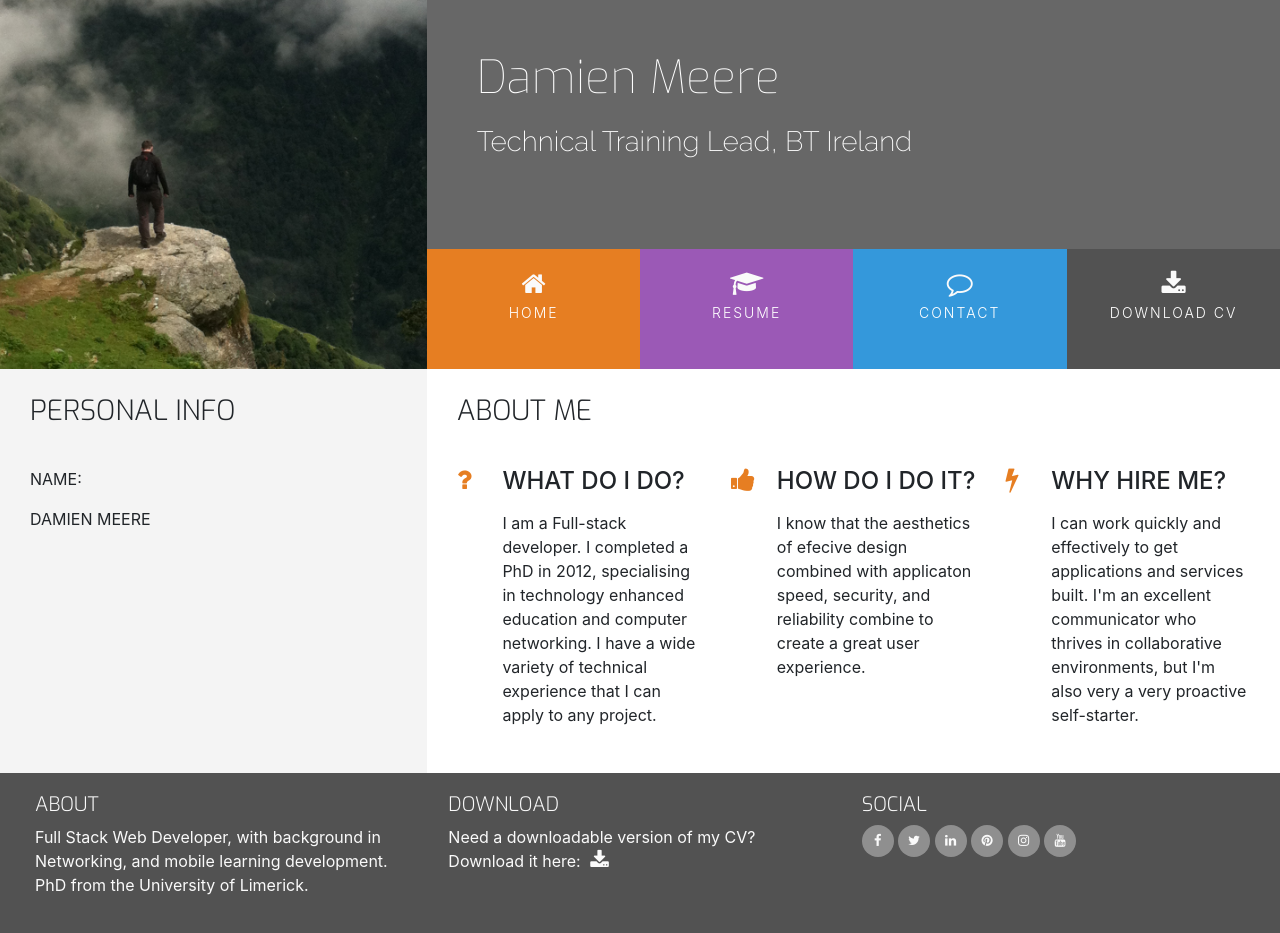
Repository: damien-meere/cv_site_project
Page: index.html
The author's editor kept a record of every edit. The page is drawn from the files as they stood at one moment, then again after the next edit.
The browser window is 1280 px wide. The pictures show the whole page.

Above is the page before.

### index.html
<!DOCTYPE html>
<html lang="en">

<head>
    <meta charset="UTF-8">
    <meta name="viewport" content="width=device-width, initial-scale=1.0">
    <meta http-equiv="X-UA-Compatible" content="ie=edge">
    <link rel="stylesheet" href="https://stackpath.bootstrapcdn.com/bootstrap/4.3.1/css/bootstrap.min.css" type="text/css" />
    <link rel="stylesheet" href="https://stackpath.bootstrapcdn.com/font-awesome/4.7.0/css/font-awesome.min.css" type="text/css" />
    <link rel="stylesheet" href="https://cdnjs.cloudflare.com/ajax/libs/hover.css/2.3.1/css/hover-min.css" type="text/css" />
    <link rel="stylesheet" href="assets/css/style.css" type="text/css" />
    <title>Damien Meere CV</title>
</head>

<body>
    <header>
        <div class="row no-gutters">
            <a href="index.html" class="col-md-4 logo"></a>
            <div class="col-md-8">
                <div class="row bg-color-name-title no-gutters">
                    <div class="col heading">
                        <h1 class="name">Damien Meere</h1>
                        <h2 class="title">Technical Training Lead, BT Ireland</h2>
                    </div>
                </div>
                <div class="row no-gutters">
                    <div class="col">
                        <ul id="nav" class="list-inline menu-container">
                            <!--the i element with fa is a font awesome icon. Aria hidden means this icon is ignored by screen readers-->
                            <li class="col-6 col-sm-3 list-inline-item ui-menu-color-home menuitem">
                                <a href="#" class="hvr-sweep-to-bottom"><i class="fa fa-home" aria-hidden="true"></i><span>Home</span></a>
                            </li>
                            <li class="col-6 col-sm-3 list-inline-item ui-menu-color-resume menuitem">
                                <a href="#" class="hvr-sweep-to-bottom"><i class="fa fa-graduation-cap" aria-hidden="true"></i><span>Resume</span></a>
                            </li>
                            <li class="col-6 col-sm-3 list-inline-item ui-menu-color-contact menuitem">
                                <a href="#" class="hvr-sweep-to-bottom"><i class="fa fa-comment-o" aria-hidden="true"></i><span>Contact</span></a>
                            </li>
                            <li class="col-6 col-sm-3 list-inline-item ui-menu-color-download menuitem">
                                <a href="#" class="hvr-sweep-to-bottom"><i class="fa fa-download" aria-hidden="true"></i><span>Download CV</span></a>
                            </li>
                        </ul>
                    </div>
                </div>
            </div>
        </div>
    </header>

    <!--Content Section of the page-->
    <section class="container-fluid">
        <div class="row">
            <!--contariner divided into 4&8 so -->
            <div class="col-md-4 bg-color-personal-info section-column">
                <div class="row">
                    <div class="col-12"><!--full with on all screen sizes-->
                        <h3 class="section-heading uppercase">Personal Info</h3>
                    </div>
                </div>
                <div class="personal-info-item">
                    <div class="key">
                        <p class="uppercase">
                            Name:
                        </p>
                    </div>
                    <div class="value">
                        <p class="uppercase">
                            Damien Meere
                        </p>
                    </div>
                </div>
            </div>


            <!--create a column (because we have to have a column as a direct child of a row) of size 8, which is two-thirds the width of the screen-->
            <!--don't need to add any size classes for screen sizes smaller than medium because Bootstrap will automatically default to 12, our full width.-->
            <!--The row-table class specifies the use of a table whereas section-column specifies the use of a table cell, which will give us evenly sized columns in terms of height.-->
            <div class="col-md-8 bg-color-three-reasons section-column">
                <div class="row">
                    <div class="col">
                        <h3 class="section-heading uppercase">About Me</h3>
                    </div>
                </div>
                <div class="row">
                    <!--When looked at on the mobile, this is going to be 10 columns wide with an offset of 1
                        so that we get the content centered and have a one column margin down the left side.
                        We're going to switch that offset off for tablets and larger because on the tablet,
                        we want it to appear in three columns of content.-->
                    <div class="col-10 offset-1 offset-sm-0 col-sm-4">
                        <div class="row">
                            <div class="col-2">
                                <i class="three-reasons-icon fa fa-question" aria-hidden="true"></i>
                            </div>
                            <div class="col-10">
                                <h4 class="three-reasons-heading uppercase">What do I do?</h4>
                                <p>
                                    I am a Full-stack developer. I completed a PhD in 2012, specialising in technology enhanced education
                                    and computer networking. I have a wide variety of technical experience that I can apply to any project.
                                </p>
                            </div>
                        </div>
                    </div>
                    <div class="col-10 offset-1 offset-sm-0 col-sm-4">
                        <div class="row">
                            <div class="col-2">
                                <i class="three-reasons-icon fa fa-thumbs-up" aria-hidden="true"></i>
                            </div>
                            <div class="col-10">
                                <h4 class="three-reasons-heading uppercase">How do i do it?</h4>
                                <p>
                                    I know that the aesthetics of efecive design combined with applicaton speed, security,
                                    and reliability combine to create a great user experience.
                                </p>
                            </div>
                        </div>
                    </div>
                    <div class="col-10 offset-1 offset-sm-0 col-sm-4">
                        <div class="row">
                            <div class="col-2">
                                <i class="three-reasons-icon fa fa-bolt" aria-hidden="true"></i>
                            </div>
                            <div class="col-10">
                                <h4 class="three-reasons-heading uppercase">Why Hire Me?</h4>
                                <p>
                                    I can work quickly and effectively to get applications and services built. I'm an excellent
                                    communicator who thrives in collaborative environments, but I'm also very a very proactive self-starter.
                                </p>
                            </div>
                        </div>
                    </div>
                </div>
            </div>
        </div>
    </section>

    <!--Footer of the Page-->
    <footer class="container-fluid">
        <div id="footer-details" class="row">
            <div class="col-sm-4">
                <h5 class="uppercase general-sub">About</h5>
                <p class="inline-block">
                    Full Stack Web Developer, with background in Networking, and mobile learning development. PhD from the University of Limerick.
                </p>
            </div>
            <div class="col-sm-4">
                <h5 class="uppercase general-sub">Download</h5>
                <p class="inline-block">
                    Need a downloadable version of my CV? Download it here:
                    <a href="#" target="_blank" class="cv-pdf">
                        <i class="fa fa-download" aria-hidden="true"></i>
                        <span class="sr-only">Download Link</span>
                </p>
            </div>
            <div class="col-sm-4">
                <h5 class="uppercase general-sub">Social</h5>
                <!--unordered list has Bootstrap's default class of list-inline-->
                <!--all items in a list-inline class must use the list-inline-item class-->
                <ul class="list-inline social-links">
                    <li class="list-inline-item">
                        <a target="_blank" href="#">
                            <i class="fa fa-facebook" aria-hidden="true"></i>
                            <!--Screen Reader Only (replace icon with text)-->
                            <span class="sr-only">Facebook</span>
                    </li>
                    <li class="list-inline-item">
                        <a target="_blank" href="#">
                            <i class="fa fa-twitter" aria-hidden="true"></i>
                            <!--Screen Reader Only (replace icon with text)-->
                            <span class="sr-only">Twitter</span>
                    </li>
                    <li class="list-inline-item">
                        <a target="_blank" href="#">
                            <i class="fa fa-linkedin" aria-hidden="true"></i>
                            <!--Screen Reader Only (replace icon with text)-->
                            <span class="sr-only">LinkedIn</span>
                    </li>
                    <li class="list-inline-item">
                        <a target="_blank" href="#">
                            <i class="fa fa-pinterest" aria-hidden="true"></i>
                            <!--Screen Reader Only (replace icon with text)-->
                            <span class="sr-only">Pinterest</span>
                    </li>
                    <li class="list-inline-item">
                        <a target="_blank" href="#">
                            <i class="fa fa-instagram" aria-hidden="true"></i>
                            <!--Screen Reader Only (replace icon with text)-->
                            <span class="sr-only">Instagram</span>
                    </li>
                    <li class="list-inline-item">
                        <a target="_blank" href="#">
                            <i class="fa fa-youtube" aria-hidden="true"></i>
                            <!--Screen Reader Only (replace icon with text)-->
                            <span class="sr-only">YouTube</span>
                    </li>
                </ul>
            </div>
        </div>

    </footer>


</body>

</html>

### assets/css/style.css
@import url('https://fonts.googleapis.com/css?family=Raleway:100,200,300,400,500.600,700|Exo:100,200,300,400,500.600,700');

/*--------------------------------------------------Colours*/
.bg-color-name-title{
    background-color: #676767;
}

.bg-color-three-reasons{
    background-color: #FFF;
}

.ui-menu-color-home {
    background-color: #e67e22;
}

.ui-menu-color-resume {
    background-color: #9b59b6;
}

.ui-menu-color-contact {
    background-color: #3498db;
}

.ui-menu-color-download {
    background-color: #525252;
}

.bg-color-personal-info{
    background-color: #f4f4f4;
}


/*--------------------------------------------------Special Padding/margins/text*/

h1,h2,h3,h4 {
    margin: 0;
}

.uppercase {
    text-transform: uppercase;
}

.general-sub {
    font-family: "Exo", sans-serif;
    font-weight:300;
    color: #fafafa;

}

/* By setting to table we can then specify its child columns as table cells, which ensures that the columns will remain equal height, regardless of their content*/
.row-table{
    display:table;
}

.section-column{
    display: table-cell;
    padding: 0 30px 30px;
    float: none;
}

.section-heading{
    font-family: "Exo", sans-serif;
    font-weight: 300;
    margin-top: 25px;
    margin-bottom: 40px;
}

/*--------------------------------------------------Headings*/
header {
    margin: 0;
}

.heading{
    margin-left: 50px;
}

.logo {
    background: url("../images/logo_image.jpg");
    background-position: center;
    background-repeat: no-repeat;
    background-size: cover;
    min-height: 360px;
    transition: all .5s ease-in-out;
    -moz-transition: all .5s ease-in-out;
    -webkit-transition: all .5s ease-in-out;
}

.name {
    font-family: "Exo", sans-serif;
    font-weight: 100;
    font-size: 46px;
    margin-top: 50px;
    color: #fff;
}

.title {
    font-family: "Raleway", sans-serif;
    font-weight: 200;
    font-size: 28px;
    margin-top: 20px;
    margin-bottom: 90px;
    color: #fff;
}

.list-inline-item:not(:last-child) {
    margin: 0;
}

.menu-container {
    font-size: 0;
}

#nav {
    margin: 0;
}

#nav li {
    font-size: 14px;
    padding: 0;
}

.menuitem {
    height: 120px;
    text-align: center;
    padding: 0;
}

.menuitem a{
    width: 100%;
    text-decoration: none;
    color: #fff;
    height: 120px;
}

.menuitem a i {
    padding-top: 22px;
    /*Set to block to ensure icon appears on a new line*/
    display: block;
    color: #fafafa;
    font-size: 26px;
}


.menuitem span {
    display: block;
    width: 100%;
    padding-top: 5px;
    text-align: center;
    text-transform:uppercase;
    font-size: 14px;
    font-weight: 300;
    letter-spacing: 2px;
}



/*--------------------------------------------------Hover Override*/

.hvr-sweep-to-bottom:before{
    /*setting rgb to black, but the transparancy to 0.2, to its a subtle change*/
    background: rgba(0, 0, 0, 0.2);
}



/*--------------------------------------------------Footer*/

footer {
    background-color: #525252;
    color: #fafafa;
    min-height: 120px;
    margin: 0;

}

.inline-block{
    display:inline-block;
}

.cv-pdf i {
    font-size: 20px;
    color: #fafafa;
    text-align:center;
    padding-left: 5px;
    transition: all 0.3s ease-in-out;
    -moz-transition: all 0.3s ease-in-out;
    -webkit-transition: all 0.3s ease-in-out;
    -o-transition: all 0.3s ease-in-out;
}

.cv-pdf i:hover {
    color: #e84610;
}


.social-links{
    padding-bottom: 15px;
}

.social-links li a i{
    width: 32px;
    height: 32px;
    padding: 12px 0;
    /*if you set the border-radius to 50% when something has equal height and width, then you get a circle.*/
    border-radius: 50%;
    font-size: 13px;
    line-height: 7px;
    text-align: center;
    color: #fafafa;
    background: #8f8f8f;
    transition: all 0.3s ease-in-out;
    -moz-transition: all 0.3s ease-in-out;
    -webkit-transition: all 0.3s ease-in-out;
    -o-transition: all 0.3s ease-in-out;
}

.social-links li a i:hover{
    background: #e84610;

}

#footer-details{
    padding: 20px;
}

/*--------------------------------------------------Three Reasons*/

.three-reasons-icon {
    font-size: 26px;
    color: #e67e22;

}

.three-reasons-heading {
    margin-bottom: 15px;

}

After the next edit:
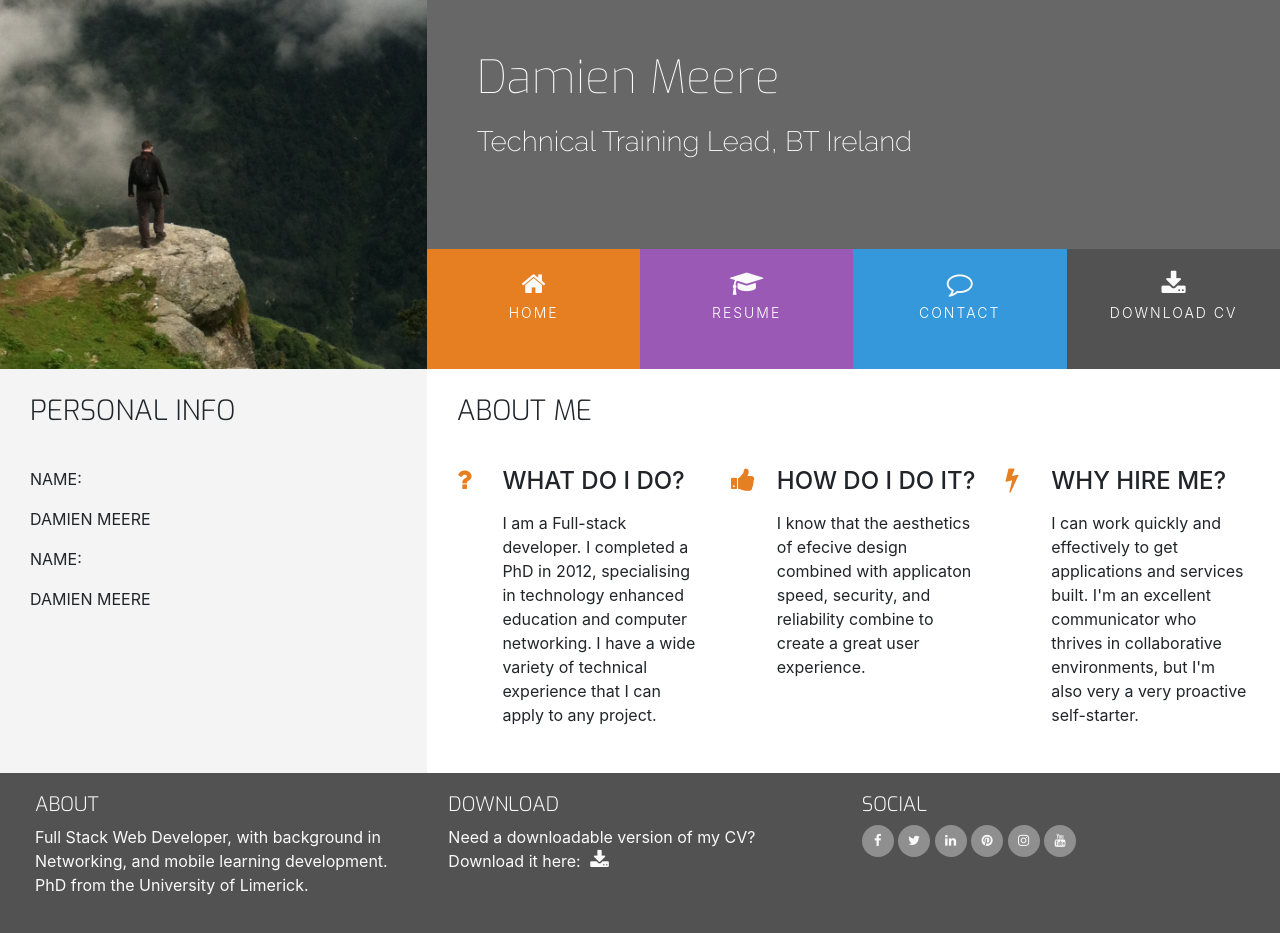
The edit:
--- a/index.html
+++ b/index.html
@@ -68,6 +68,18 @@
                         </p>
                     </div>
                 </div>
+                <div class="personal-info-item">
+                    <div class="key">
+                        <p class="uppercase">
+                            Name:
+                        </p>
+                    </div>
+                    <div class="value">
+                        <p class="uppercase">
+                            Damien Meere
+                        </p>
+                    </div>
+                </div>
             </div>
 
 
